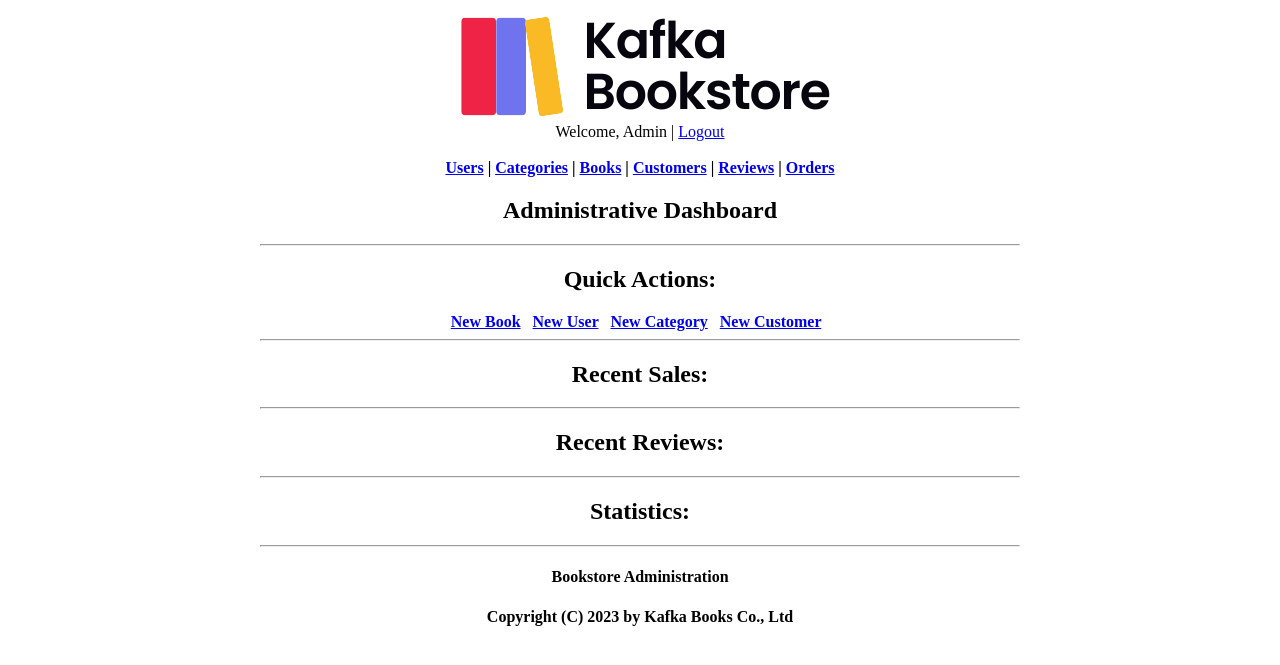
Repository: janvi2502/BookStore
Page: http://localhost/BookStoreWebsite/admin/user_list.jsp
An editor plug-in stored every save of this project. The page is shown before and after the next save, followed by the edit.
The browser window is 1280 px wide. The pictures show the whole page.
The page is served by Tomcat 10. Other server files are loaded and not shown.

Above is the page before, as saved 2023-10-23 10:45:53.

### BookStoreWebsite/WebContent/admin/user_list.jsp
<%@ page language="java" contentType="text/html; charset=UTF-8"
	pageEncoding="UTF-8"%>
<!DOCTYPE html>
<html>
<head>
<meta charset="UTF-8">
<title>Kafka Bookstore Administration</title>
</head>
<body>
	<jsp:directive.include file="header.jsp" />
	<div align="center">
		<h2>Administrative Dashboard</h2>
	</div>

	<div align="center">
		<hr width="60%" />
		<h2>Quick Actions:</h2>
		<b> <a href="create_book">New Book</a> &nbsp; <a
			href="create_user">New User</a> &nbsp; <a href="create_category">New
				Category</a> &nbsp; <a href="create_customer">New Customer</a> &nbsp;
		</b>
	</div>

	<div align="center">
		<hr width="60%" />
		<h2>Recent Sales:</h2>
	</div>
	<div align="center">
		<hr width="60%" />
		<h2>Recent Reviews:</h2>
	</div>
	<div align="center">
		<hr width="60%" />
		<h2>Statistics:</h2>
		<hr width="60%" />
	</div>
	<jsp:directive.include file="footer.jsp" />
</body>
</html>

### BookStoreWebsite/WebContent/admin/header.jsp
<div align="center">
	<div>
		<img src="../images/Kafka2.png" />
	</div>

	<div>
		Welcome, Admin | <a href="logout">Logout</a>
		<br/><br/>
	</div>
	<div>
		<b> <a href="users">Users</a> | <a href="categories">Categories</a>
			| <a href="books">Books</a> | <a href="customer">Customers</a> | <a
			href="reviews">Reviews</a> | <a href="orders">Orders</a>
		</b>
	</div>
</div>

### BookStoreWebsite/WebContent/admin/footer.jsp
<div align="center">
	<h4>Bookstore Administration</h4>
	<h4>Copyright (C) 2023 by Kafka Books Co., Ltd</h4>
</div>

After the next save:
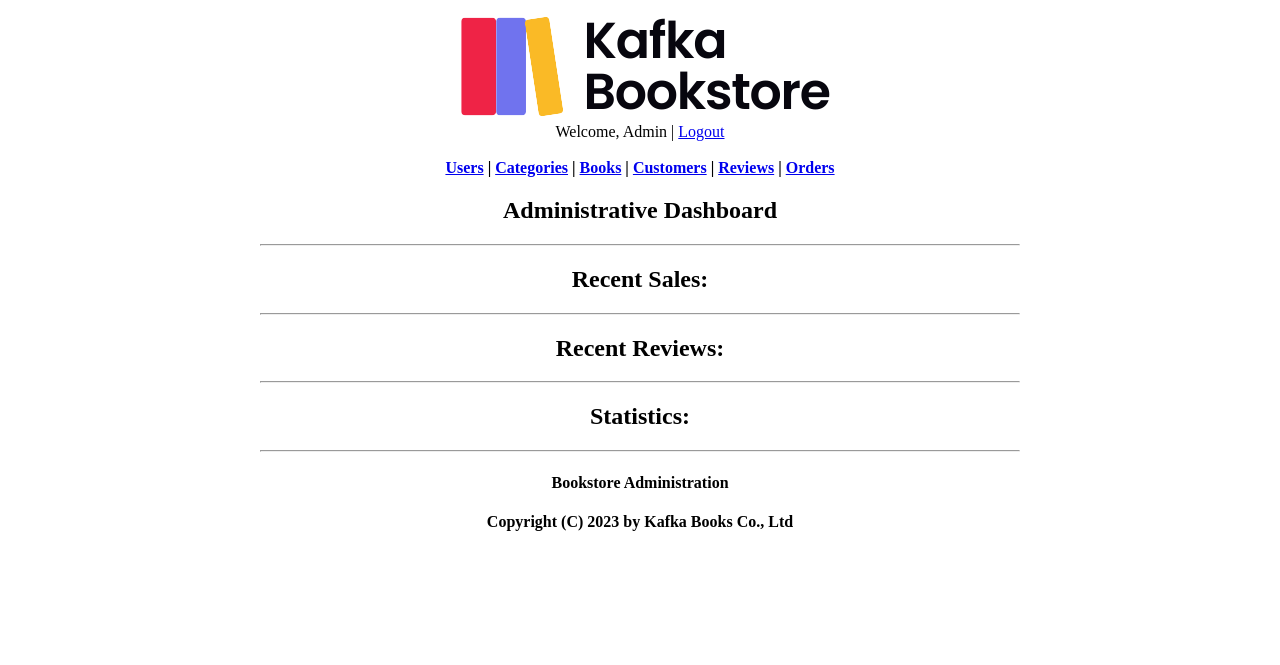
Saved 26 s later.
--- a/BookStoreWebsite/WebContent/admin/user_list.jsp
+++ b/BookStoreWebsite/WebContent/admin/user_list.jsp
@@ -13,12 +13,7 @@
 	</div>
 
 	<div align="center">
-		<hr width="60%" />
-		<h2>Quick Actions:</h2>
-		<b> <a href="create_book">New Book</a> &nbsp; <a
-			href="create_user">New User</a> &nbsp; <a href="create_category">New
-				Category</a> &nbsp; <a href="create_customer">New Customer</a> &nbsp;
-		</b>
+
 	</div>
 
 	<div align="center">
